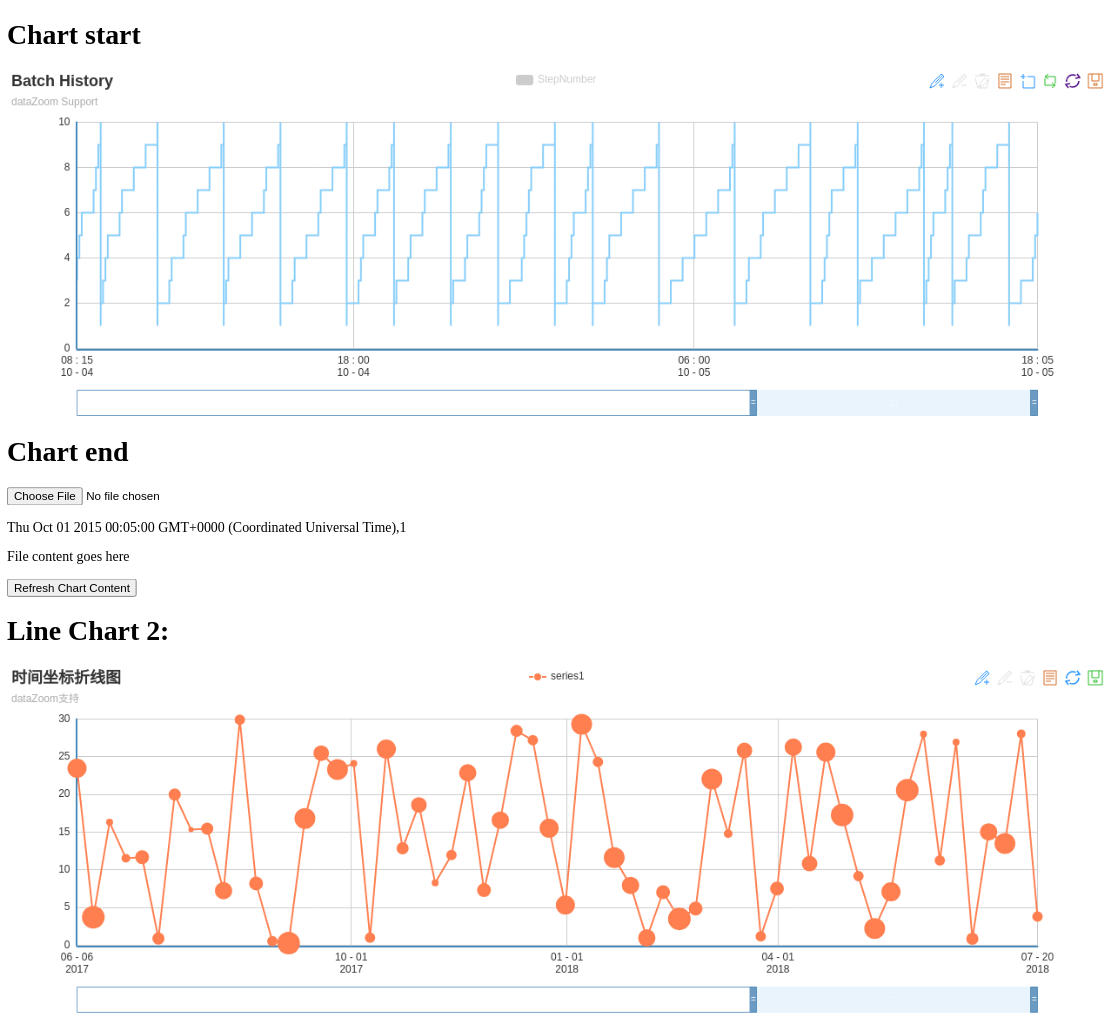
Repository: shutterfly2011/apache
Page: eChartTest/WebContent/LineChart.html
These files come from the project's save history. The page is drawn as it stood at one moment and after the next save; the edit follows.
The browser window is 1280 px wide. The pictures show the whole page, at 87% of full size.

Above is the page before, as saved 2015-09-25 15:41:12.

### eChartTest/WebContent/LineChart.html
<!DOCTYPE html>
<head>
    <meta charset="utf-8">
    <title>ECharts - Line Charts</title>
    <script type="text/javascript">
    	var dataSet = [];
    	var dataSet1 = [];
    	var myChart;
    	var option;
		option = {
			    title : {
			        text : 'Batch History',
			        subtext : 'dataZoom Support'
			    },
			    tooltip : {
			    	show: true,
			    	showContent: true,
			        trigger: 'item',
			        /*
			        axisPointer:{
			        	show: true,
			        	type: 'cross',
			        	lineStyle:{
			        		type:'dashed',
			        		width:1
			        	}
			        },
			        */

			        formatter : function (params) {
			        	console.log(params);
			        	return 'no info avail.';
			            /*
			        	var date = new Date(params.value[0]);
			            data = (date.getMonth() + 1) + '-'
			                   + date.getDate() + ' '
			                   + date.getHours() + ':'
			                   + date.getMinutes();
			            return data + '<br/>'
			                   + params.value[1] + ', '
			                   + params.value[2];
			            */
			        	}

			    },
			    toolbox: {
			        show : true,
			        feature : {
			            mark : {show: true},
			            dataView : {show: true, readOnly: false},
			            dataZoom:{
			            	show: true,
			            	title:{
			            		dataZoom: 'zoom in/out',
			            		dataZoomReset: 'zoom reset'
			            	}
			            },
			            restore : {show: true},
			            saveAsImage : {show: true}
			        }
			    },
			    dataZoom: {
			        show: true,
			        start : 70
			    },
			    legend : {
			        data : ['StepNumber']
			    },
			    grid: {
			        y2: 80
			    },
			    xAxis : [
			        {
			            type : 'time',
			            splitNumber:5
			        }
			    ],
			    yAxis : [
			        {
			            type : 'value'
			        }
			    ],

			    series : [
			        {
			            name: 'Batch Step number',
			            type: 'line',
			            //showAllSymbol: true,
			            //symbolSize: function (value){
			            //    return Math.round(value[2]/10) + 2;
			            //},
			            data: (function () {
			            	var d = [];
			            	var len = 0;
			            	var now = new Date();
			            	var timeTemp;
			            	var tempStepLength;
			            	var prevStepNum;
			            	var value;
			            	timeTemp =0; //stores the previous time shift in seconds
			            	prevStepNum = 1;
			            	//alert(timeTemp);
							var prevprevStepNum = 0;
			            	while (len++ < 500) {
			            		if (prevprevStepNum > prevStepNum) {
			            			tempStepLength = 1;
			            		}
			            		else{
			            			tempStepLength = Math.random().toFixed(0)*20*60+300; //generate a random number between 5-25 minutes
			            		}
			            		//alert(tempStepLength);

			            		d.push([
			            	        new Date(2015, 9, 1, 0,0, timeTemp+tempStepLength),
			            	        prevStepNum
			            	        //(Math.random()*10).toFixed(0) - 0
			            	    ]);


			            		//alert(prevStepNum);
			            		prevprevStepNum = prevStepNum;
			            		prevStepNum += 1;
			            		d.push([
			            			new Date(2015, 9, 1, 0,0, timeTemp+tempStepLength+1), //add one more second
			            			prevStepNum
			            		        ]);
			            		if (prevStepNum >=10) {
			            			prevStepNum = 1; //resets prevStepNum to 1
			            		}
			            		timeTemp += tempStepLength;
			            	}

			                return d;
			            })()
			        }
			    ]
			};
    </script>
	<script type="text/javascript">
		var optionLine2 = {
			    title : {
			        text : '时间坐标折线图',
			        subtext : 'dataZoom支持'
			    },
			    tooltip : {
			        trigger: 'item',
			        formatter : function (params) {
			        	/*
			        	console.log (params[0]);
			        	console.log (params[1]);
			        	console.log (params[2]);
			        	console.log (params[3]);
			        	console.log (params[4]);
			        	console.log (params[5]);
			        	console.log (params[6]);
			        	console.log (params[7]);
			            */
			        	var date = new Date(params.value[0]);
			            data = date.getFullYear() + '-'
			                   + (date.getMonth() + 1) + '-'
			                   + date.getDate() + ' '
			                   + date.getHours() + ':'
			                   + date.getMinutes();
			            return data + '<br/>'
			                   + params.value[1] + ', '
			                   + params.value[2];
			        }
			    },
			    toolbox: {
			        show : true,
			        feature : {
			            mark : {show: true},
			            dataView : {show: true, readOnly: false},
			            restore : {show: true},
			            saveAsImage : {show: true}
			        }
			    },
			    dataZoom: {
			        show: true,
			        start : 70
			    },
			    legend : {
			        data : ['series1']
			    },
			    grid: {
			        y2: 80
			    },
			    xAxis : [
			        {
			            type : 'time',
			            splitNumber:10
			        }
			    ],
			    yAxis : [
			        {
			            type : 'value'
			        }
			    ],
			    series : [
			        {
			            name: 'series1',
			            type: 'line',
			            showAllSymbol: true,
			            symbolSize: function (value){
			                return Math.round(value[2]/10) + 2;
			            },
			            data: (function () {
			                var d = [];
			                var len = 0;
			                var now = new Date();
			                var value;
			                while (len++ < 200) {
			                    d.push([
			                        new Date(2014, 9, 1, 0, len * 10000),
			                        (Math.random()*30).toFixed(2) - 0,
			                        (Math.random()*100).toFixed(2) - 0
			                    ]);
			                }
			                return d;
			            })()
			        }
			    ]

		};
	</script>
</head>
<body>
    <!-- Prepare a Dom with size (width and height) for ECharts -->
    <h1>Chart start</h1>
    <div id="lineChart" style="height:400px"></div>
    <!-- ECharts import -->
    <!--<script src="http://echarts.baidu.com/build/dist/echarts.js"></script> -->
    <script src="js/echarts.js"></script>
    <h1>Chart end</h1>
    <p><input type="file" onchange="loadCSVData(this.files)"/></p>
   	<p><a id="fileContent">File content goes here</a></p>
	<p><a id="fileContent1">File content goes here</a></p>
	<p><button onclick="refreshChart()">Refresh Chart Content</button></p>
	<h1>Line Chart 2:</h1>
    <div id= "lineChart2" style = "height:400px"></div>
    <script type="text/javascript">
    	function loadCSVData(files){
			var reader = new FileReader();
			var lines;
			reader.onload = function(e){
				var content = reader.result;
				var allTextLines = content.split(/\r\n|\n/);
			    //var lines = [];
			    while (allTextLines.length) {
			        dataSet.push(allTextLines.shift().split(','));
			    }
				document.getElementById("fileContent").innerHTML = dataSet[0];
				document.getElementById("fileContent1").innerHTML = dataSet[1];
			};
			reader.readAsText(files[0]);
    	}
    </script>
	<script type="text/javascript">
		require.config({
			paths:{echarts:'js'}
		});
		require (
			['echarts', 'echarts/chart/line'],
			function(ec){
				myChart = ec.init(document.getElementById('lineChart2'));
				myChart.setOption(optionLine2);

			}
		);
	</script>
    <script type="text/javascript">
	    // configure for module loader
	    require.config({
	        paths: {
	            //echarts: 'http://echarts.baidu.com/build/dist'
	        	echarts: 'js'
	        }
	    });

		require(
			[
			 'echarts',
			 'echarts/chart/line'
			 ],
			 function(ec){
				myChart = ec.init(document.getElementById('lineChart'));

				myChart.setOption(option);
				for (var i=0; i<5; i++){
					dataSet1.push(option.series[0].data[i]);

				}
				document.getElementById("fileContent").innerHTML = option.series[0].data[0];
			}
		);
    </script>
    <script type="text/javascript">
    	function refreshChart(){
    		dataSet.shift();

    		var aryTime = [];

    		for (var i=0; i<dataSet.length; i++){

    			//var row = [];
    			var dt = new Date();
    			dt.setTime( Date.parse(dataSet[i][0]) );
   				aryTime.push([
   						dt,
   					//enerateDateFromString(dataSet[i][0]),
   						parseFloat(dataSet[i][1])]);
    			/*
    			aryTime.push(Date.parse(dataSet[i][0]));
    			aryTime.push(parseFloat(dataSet[i][1]));
    			*/
    			//aryTime.push(row);
    		}


    		option.series[0].data =  aryTime;
    		option.title.text = "R4715 tag history";
    		//option.series[0].data = dataSet;
    		myChart = require('echarts').init(document.getElementById('lineChart'));
    		myChart.setOption(option);
    		document.getElementById("fileContent").innerHTML = option.series[0].data.length;
    	}
    </script>
</body>

Loaded but not shown: eChartTest/WebContent/js/echarts.js (library); eChartTest/WebContent/js/chart/line.js (library)

After the next save:
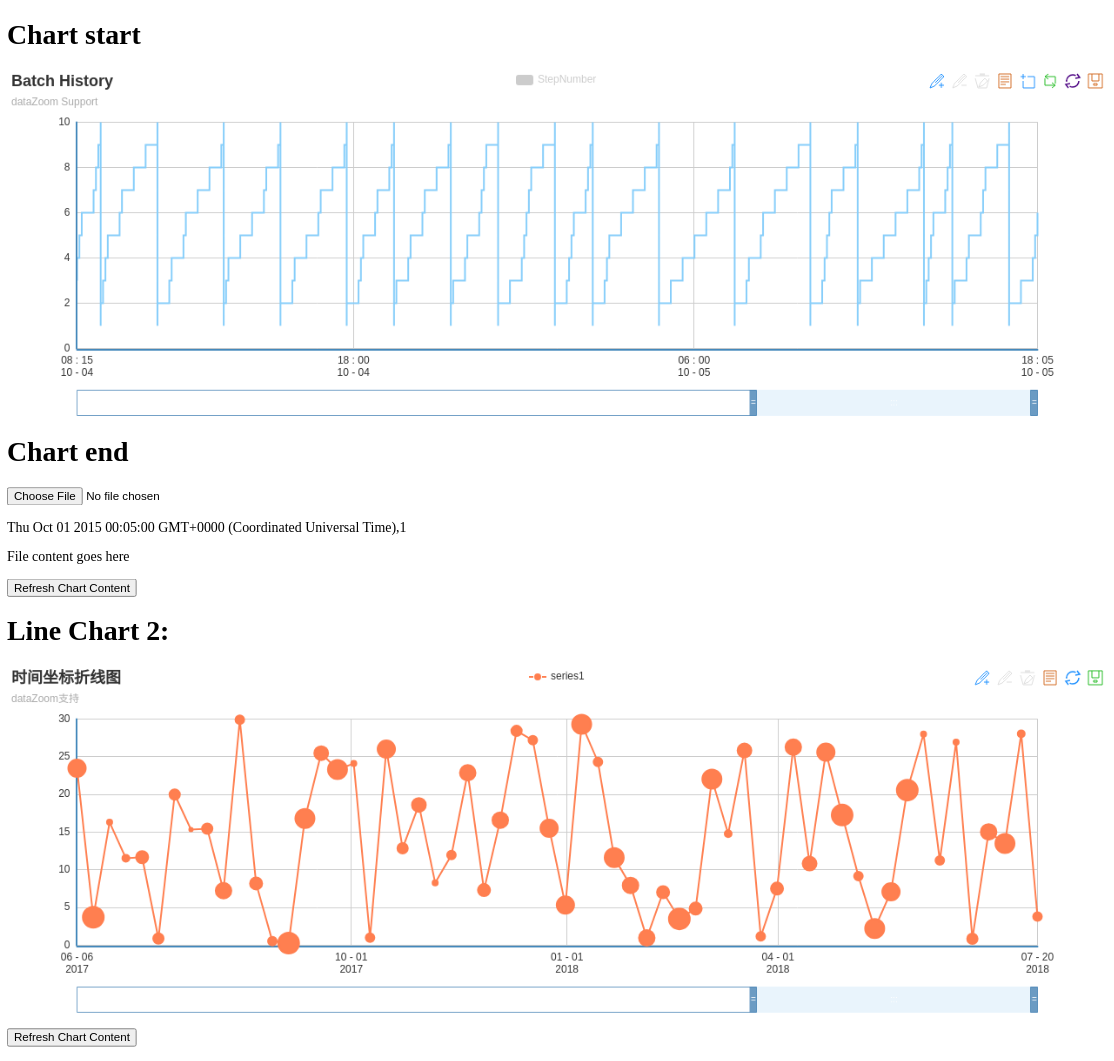
Saved 27 min 21 s later.
--- a/eChartTest/WebContent/LineChart.html
+++ b/eChartTest/WebContent/LineChart.html
@@ -238,6 +238,7 @@
 	<p><button onclick="refreshChart()">Refresh Chart Content</button></p>
 	<h1>Line Chart 2:</h1>
     <div id= "lineChart2" style = "height:400px"></div>
+    <p><button onclick="refreshChart2()">Refresh Chart Content</button></p>
     <script type="text/javascript">
     	function loadCSVData(files){
 			var reader = new FileReader();
